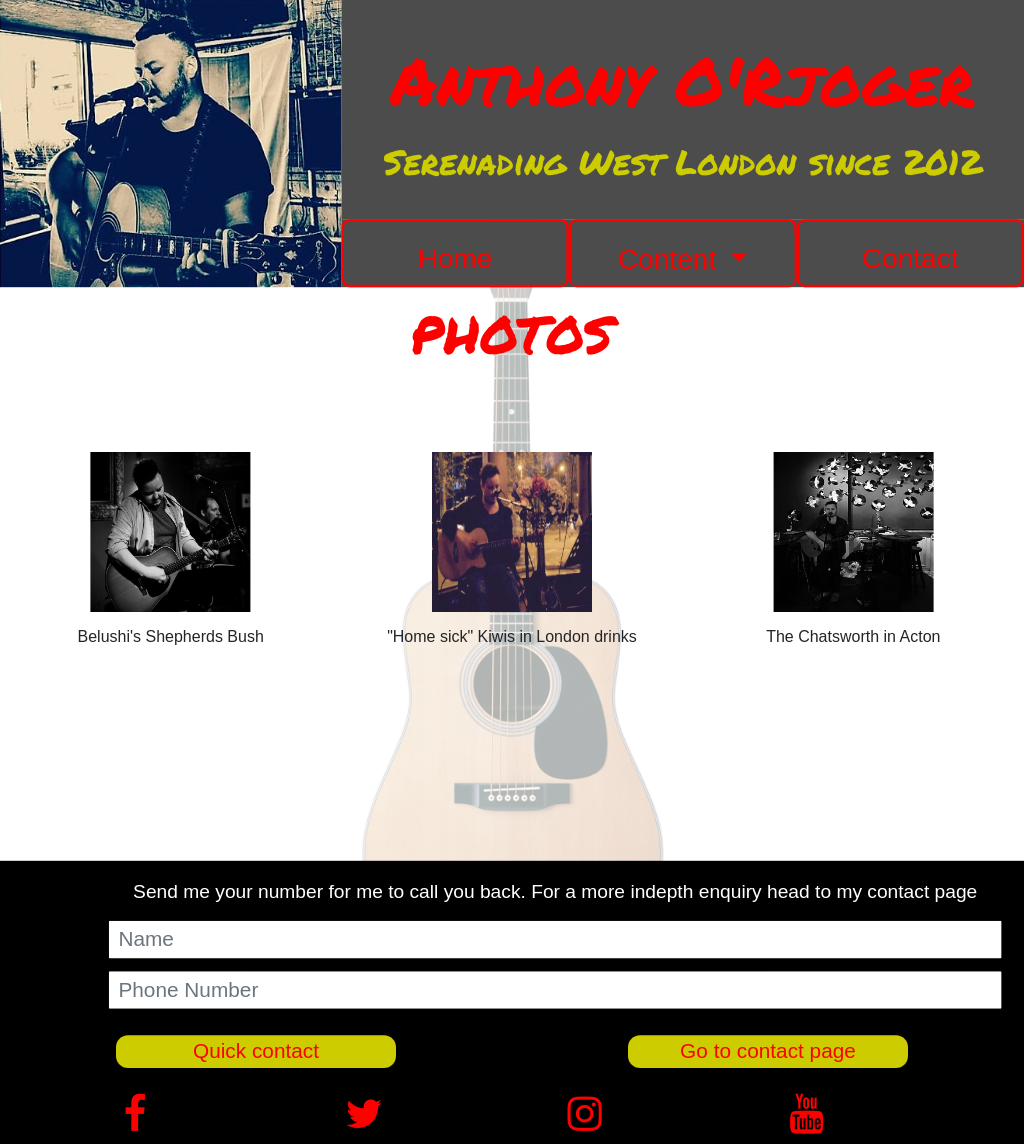
Repository: SimonGeorgeNZ/milestone_1
Page: photos.html
The author's editor kept a record of every edit. The page is drawn from the files as they stood at one moment, then again after the next edit.
The browser window is 1280 px wide. The page is 1295 px wide, so the pictures cover 1295 px, including what lies to the right of the window. The pictures show the whole page, at 80% of full size.
Some web fonts or font styles are not loaded; a fallback is used. Some web libraries are served in a nearby version.

Above is the page before.

After the next edit:
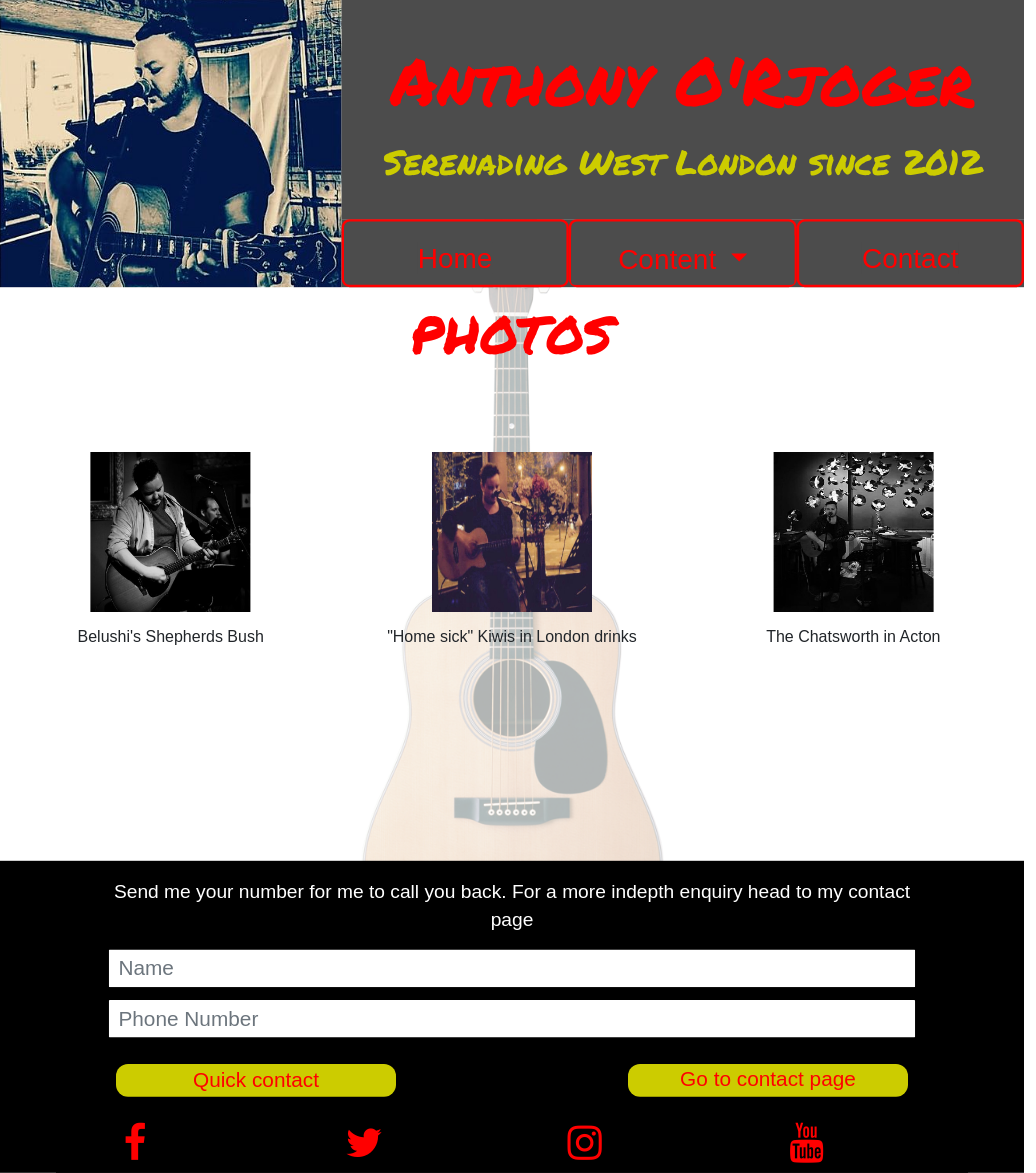
The edit:
--- a/photos.html
+++ b/photos.html
@@ -73,25 +73,34 @@
 
 
     </body>
-    <footer class="container-fluid footer-bg footer">
+        <footer class="container-fluid footer-bg footer">
         <div class="row">
             <div class="col">
                 <form class="contact">
-                    <div class="row no-gutters form">
-                        <div class="col-12 contact">
-                            <div class="quickcontact" id="quickcontact">
+                    <div class="row no-gutters form" id="quickcontact">
+                        <div class="col contact d-none d-md-block">
+                            <div class="quickcontact">
                                 <p>Send me your number for me to call you back. For a more indepth enquiry head to my contact page</p>
                             </div>
                             <input type="text" id="fullname" class="form-control" placeholder="Name" required />
                             <input type="text" id="phonenumber" class="form-control" placeholder="Phone Number" required />
                         </div>
+                        <div class="row contactmobile d-md-none contact">
+                            <div class="col-12">
+                                <input type="text" id="fullname" class="form-control" placeholder="Name" name="name" required/>
+                                <input type="email" id="emailaddress" class="form-control" placeholder="Email" name="email" required/>
+                            </div>
+                            <div class="col-12">
+                                <textarea rows="5" name="projectsummary" id="projectsummary" class="form-control" placeholder="Whats the gig?" required/></textarea>
+                            </div>
+                        </div>
                     </div>
                 </form>
             </div>
         </div>
         <div class="row">
             <input class="submit" type="submit" value="Quick contact" data-toggle="modal" data-target="#thanks" />
-            <a href="contact.html" class="contactlink"><i aria-hidden="true"></i><span>Go to contact page</span></a>
+            <a href="contact.html" class="contactlink d-none d-md-block"><i aria-hidden="true"></i><span>Go to contact page</span></a>
         </div>
         <div class="container social-links-top">
             <div class="row no-gutters">
@@ -122,6 +131,7 @@
             </div>
         </div>
     </footer>
+
 
 </body>
 <script src="https://code.jquery.com/jquery-3.4.1.slim.min.js" integrity="sha384-J6qa4849blE2+poT4WnyKhv5vZF5SrPo0iEjwBvKU7imGFAV0wwj1yYfoRSJoZ+n" crossorigin="anonymous"></script>
